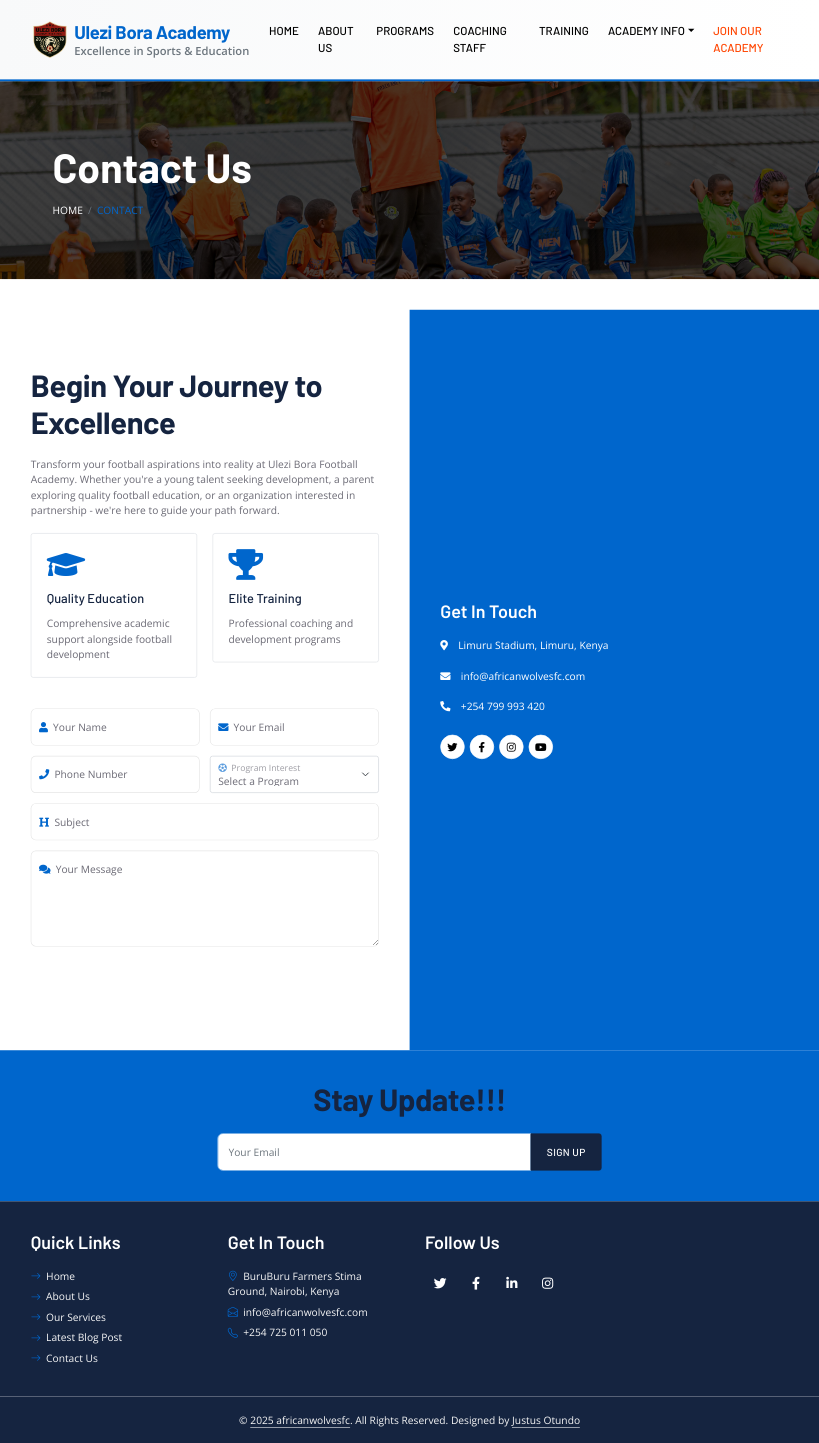
Repository: Justus-Otundo/uleziborafc
Page: contact.html
The author's editor kept a copy of each file at every save. The page is drawn from the files as they stood at one save, then again after the next save.
The browser window is 1280 px wide. The pictures show the whole page, at 64% of full size.
Some web libraries are served in a nearby version.

Above is the page before, as saved 2025-07-15 12:47:33.

After the next save:
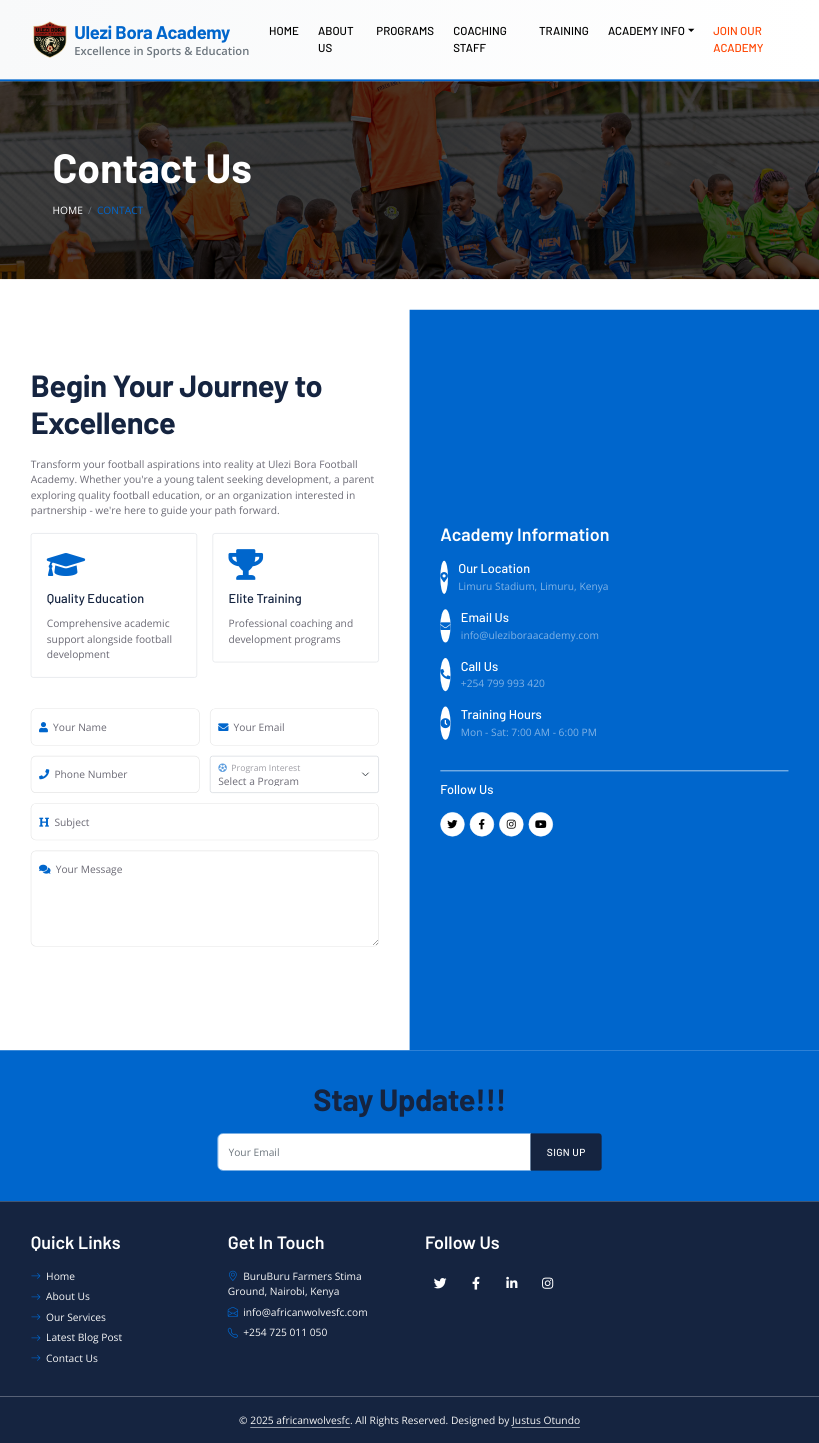
Saved 40 s later.
--- a/contact.html
+++ b/contact.html
@@ -126,25 +126,67 @@
             </div>
             <div class="col-lg-6" style="min-height: 400px;">
                 <div class="position-relative h-100">
-                    <div class="position-relative w-100 h-100 d-flex flex-column justify-content-center bg-primary p-5 text-white">
-                        <h3 class="text-white mb-4">Get In Touch</h3>
-                        <div class="d-flex mb-4">
-                            <i class="fas fa-map-marker-alt text-white me-3 mt-1"></i>
-                            <p class="mb-0">Limuru Stadium, Limuru, Kenya</p>
-                        </div>
-                        <div class="d-flex mb-4">
-                            <i class="fas fa-envelope text-white me-3 mt-1"></i>
-                            <p class="mb-0">info@africanwolvesfc.com</p>
-                        </div>
-                        <div class="d-flex mb-4">
-                            <i class="fas fa-phone-alt text-white me-3 mt-1"></i>
-                            <p class="mb-0">+254 799 993 420</p>
-                        </div>
-                        <div class="d-flex pt-2">
-                            <a class="btn btn-square btn-light rounded-circle me-2" href="#"><i class="fab fa-twitter"></i></a>
-                            <a class="btn btn-square btn-light rounded-circle me-2" href="#"><i class="fab fa-facebook-f"></i></a>
-                            <a class="btn btn-square btn-light rounded-circle me-2" href="#"><i class="fab fa-instagram"></i></a>
-                            <a class="btn btn-square btn-light rounded-circle" href="#"><i class="fab fa-youtube"></i></a>
+                    <div class="position-relative w-100 h-100 d-flex flex-column justify-content-center bg-primary p-5">
+                        <div class="contact-info">
+                            <h3 class="text-white mb-4">Academy Information</h3>
+
+                            <div class="contact-item d-flex mb-4 wow fadeIn" data-wow-delay="0.1s">
+                                <div class="icon-box bg-light rounded-circle d-flex align-items-center justify-content-center me-3">
+                                    <i class="fas fa-map-marker-alt text-primary"></i>
+                                </div>
+                                <div class="info-text">
+                                    <h5 class="text-white mb-1">Our Location</h5>
+                                    <p class="mb-0 text-white-50">Limuru Stadium, Limuru, Kenya</p>
+                                </div>
+                            </div>
+
+                            <div class="contact-item d-flex mb-4 wow fadeIn" data-wow-delay="0.3s">
+                                <div class="icon-box bg-light rounded-circle d-flex align-items-center justify-content-center me-3">
+                                    <i class="fas fa-envelope text-primary"></i>
+                                </div>
+                                <div class="info-text">
+                                    <h5 class="text-white mb-1">Email Us</h5>
+                                    <p class="mb-0 text-white-50">info@uleziboraacademy.com</p>
+                                </div>
+                            </div>
+
+                            <div class="contact-item d-flex mb-4 wow fadeIn" data-wow-delay="0.5s">
+                                <div class="icon-box bg-light rounded-circle d-flex align-items-center justify-content-center me-3">
+                                    <i class="fas fa-phone-alt text-primary"></i>
+                                </div>
+                                <div class="info-text">
+                                    <h5 class="text-white mb-1">Call Us</h5>
+                                    <p class="mb-0 text-white-50">+254 799 993 420</p>
+                                </div>
+                            </div>
+
+                            <div class="contact-item d-flex mb-4 wow fadeIn" data-wow-delay="0.7s">
+                                <div class="icon-box bg-light rounded-circle d-flex align-items-center justify-content-center me-3">
+                                    <i class="fas fa-clock text-primary"></i>
+                                </div>
+                                <div class="info-text">
+                                    <h5 class="text-white mb-1">Training Hours</h5>
+                                    <p class="mb-0 text-white-50">Mon - Sat: 7:00 AM - 6:00 PM</p>
+                                </div>
+                            </div>
+                        </div>
+
+                        <div class="mt-4 pt-3 border-top border-light">
+                            <h5 class="text-white mb-3">Follow Us</h5>
+                            <div class="d-flex pt-2">
+                                <a class="btn btn-square btn-light rounded-circle me-2 wow fadeIn" data-wow-delay="0.1s" href="#" title="Follow us on Twitter">
+                                    <i class="fab fa-twitter"></i>
+                                </a>
+                                <a class="btn btn-square btn-light rounded-circle me-2 wow fadeIn" data-wow-delay="0.3s" href="#" title="Like us on Facebook">
+                                    <i class="fab fa-facebook-f"></i>
+                                </a>
+                                <a class="btn btn-square btn-light rounded-circle me-2 wow fadeIn" data-wow-delay="0.5s" href="#" title="Follow us on Instagram">
+                                    <i class="fab fa-instagram"></i>
+                                </a>
+                                <a class="btn btn-square btn-light rounded-circle wow fadeIn" data-wow-delay="0.7s" href="#" title="Subscribe to our YouTube">
+                                    <i class="fab fa-youtube"></i>
+                                </a>
+                            </div>
                         </div>
                     </div>
                 </div>
